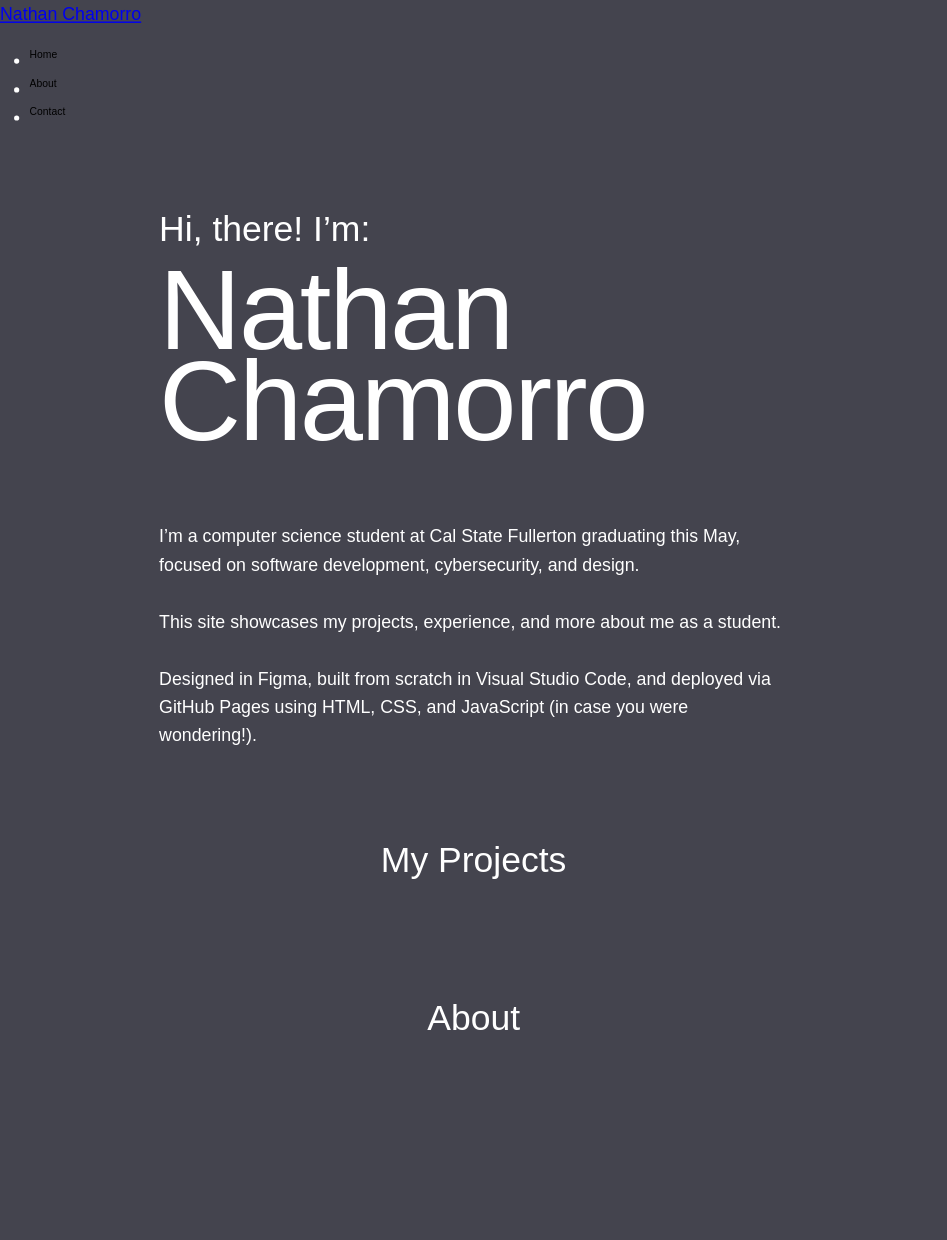
Repository: nathanchamorro1/nathanchamorro1.github.io
Page: index.html
The author's editor kept a copy of each file at every save. The page is drawn from the files as they stood at one save, then again after the next save.
The browser window is 1280 px wide. The pictures show the whole page, at 74% of full size.
Some web fonts or font styles are not loaded; a fallback is used.

Above is the page before, as saved 2026-02-17 19:32:34.

### index.html
<!DOCTYPE html>
<html lang="en">

<head>
<meta charset="UTF-8">
<meta name="viewport" content = "width=device-width,initial-scale=1">
<title>Nathan Chamorro's Portfolio</title>
<link rel = "icon" type = "image/x-icon" href = "/assets/snoopy-favicon.ico">
<link rel="stylesheet" href="https://use.typekit.net/lhh1weh.css">
<link rel="stylesheet" href="css/style.css">
</head>
<body>

<div class="layout">
  <nav class="sidebar">
    <a href="#home" class="nav-logo">Nathan Chamorro</a>
    <ul>
      <li><a href="#home" class="nav-link">Home</a></li>
      <li><a href="#about" class="nav-link">About</a></li>
      <li><a href="#contact" class="nav-link">Contact</a></li>
      </ul>
      </nav>

  <main class="content">
    <div class="content-wrapper">
  <section class="hero">
    <h2 class="reveal">Hi, there! I’m:</h2>
    <h1 class="reveal">Nathan Chamorro</h1>
  </section>
      <p class="reveal">
        <br>I’m a computer science student at Cal State Fullerton graduating this May, focused on software development, cybersecurity, and design. <br>
        <br>This site showcases my projects, experience, and more about me as a student.<br>
        <br>Designed in Figma, built from scratch in Visual Studio Code, and deployed via GitHub Pages using HTML, CSS, and JavaScript (in case you were wondering!). <br>
      </p>
    </section>

        <section id="projects" class="content-wrapper">
      <h3 class="reveal">My Projects</h3>
    </section>

    <section id="about" class="content-wrapper">
      <h3 class="reveal">About</h3>
    </section>

    <section id="contact" class="content-wrapper">
      <h3 class="reveal">Contact</h3>
    </section>
  </main>
</div>
<script src = "js/script.js"></script>

### css/style.css
body {
  background-color: #44444E;
  color: white;
  margin: 0;
  font-family: museo-sans, sans-serif;
  font-weight: 300;
  font-style: normal;
  font-variation-settings: "slnt" 0, "wght" 400;
  line-height: 1.6;
  font-size: 1.5rem;
}

.content-wrapper {
  max-width: 850px;
  margin: 0 auto;
  padding: 0 40px;
  display: flex;
  flex-direction: column;
  gap: 40px;
  text-align: left;
}

.hero {
    min-height: auto;
    display: flex;
    align-items: flex-start;
    flex-direction: column;
    justify-content: flex-start;
    padding-top: 30px;
    padding-bottom: 0;
    text-align: left;
}

h1 {
    color: white;
    font-family: "instrument-serif", sans-serif;
    font-size: clamp(4.5rem, 12vw, 14rem);
    font-weight: 400;
    font-variation-settings: "wght" 400;
    line-height: 0.8;
    margin: 0;
    letter-spacing: -0.02em;
}

h2 {
    color: white;
    font-family: "instrument-serif", sans-serif;
    font-weight: 400;
    font-variation-settings: "wght" 400;
    font-size: 3rem;
    opacity: 0.8;
    margin-bottom: 10px;
}

h3 {
    color: white;
    font-family: "instrument-serif", sans-serif;
    font-weight: 400;
    font-variation-settings: "wght" 400;
    font-size: 3rem;
    opacity: 0.8;
}

.reveal {
    opacity: 0;
    transform: translateY(20px);
    transition: opacity 0.7s ease, transform 0.7s ease;
}

.reveal-visible {
    opacity: 1;
    transform: translateY(0);
}

.navbar {
    position: fixed;
    top: 0;
    width: 100%;
    background: white;
    box-shadow: 0 2px 10px rgba(0,0,0,0.05);
    z-index: 1000;
}

.nav-container {
    max-width: 1000px;
    margin: 0 auto;
    display: flex;
    justify-content: space-between;
    align-items: flex-start;
    padding: 15px 20px;
    position: fixed;
}

.nav-menu {
    list-style: none;
    display: flex;
    gap: 25px;
    margin: 0;
    padding: 0;
    position: fixed;
}

.nav-link {
    text-decoration: none;
    color: black;
    font-size: 14px;
    position: relative;
    position: fixed;
}

.nav-link:hover {
    opacity: 0.6;
}

### js/script.js
const reveals = document.querySelectorAll(".reveal");

function revealOnScroll() {
  const windowHeight = window.innerHeight;

  reveals.forEach(el => {
    const elementTop = el.getBoundingClientRect().top;

    if (elementTop < windowHeight - 200) {
      el.classList.add("reveal-visible");
    }
  });
}

window.addEventListener("scroll", revealOnScroll);
revealOnScroll();

After the next save:
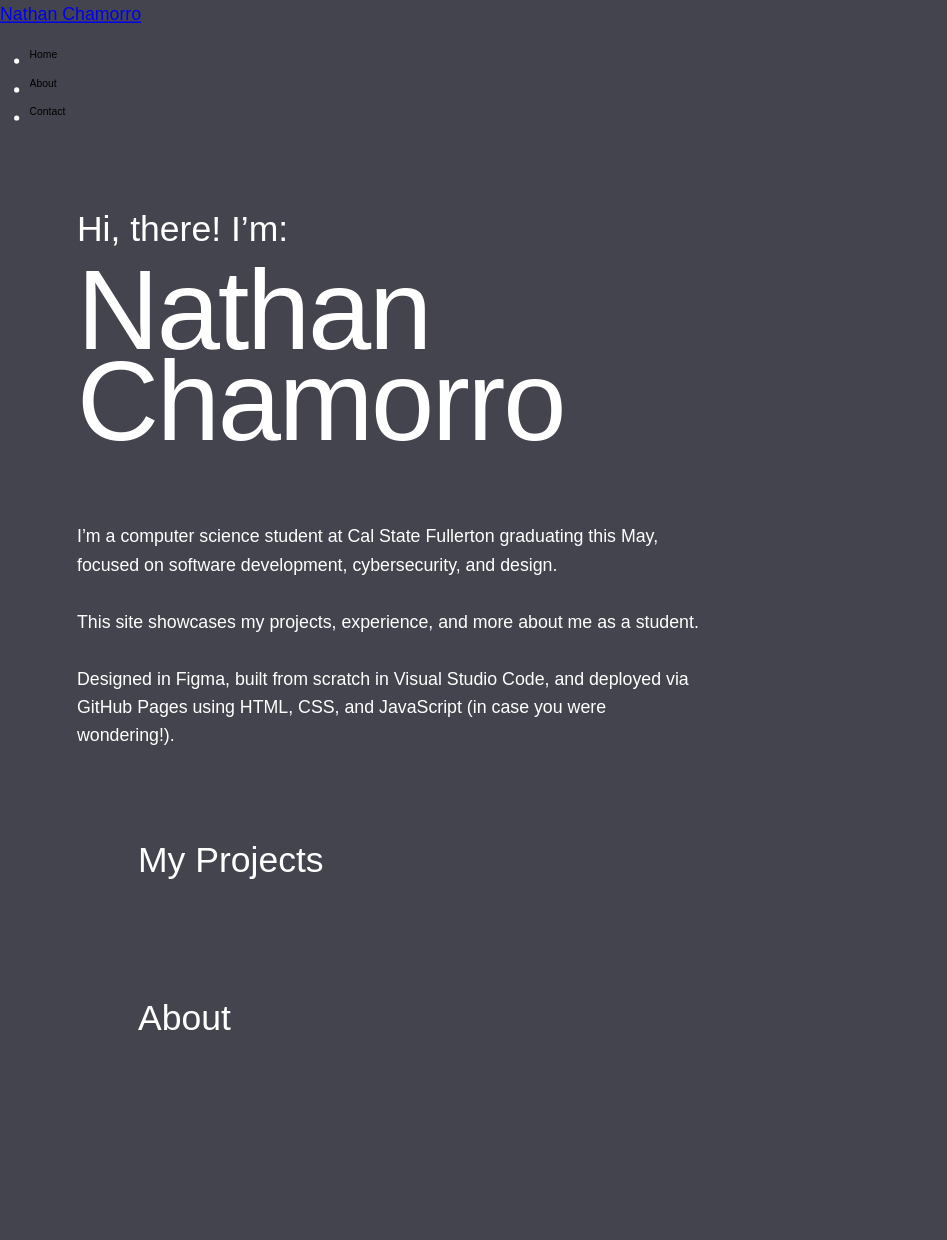
Saved 4 min 22 s later.
--- a/css/style.css
+++ b/css/style.css
@@ -12,7 +12,7 @@
 
 .content-wrapper {
   max-width: 850px;
-  margin: 0 auto;
+  margin-left: 5%;
   padding: 0 40px;
   display: flex;
   flex-direction: column;

After the save that followed:
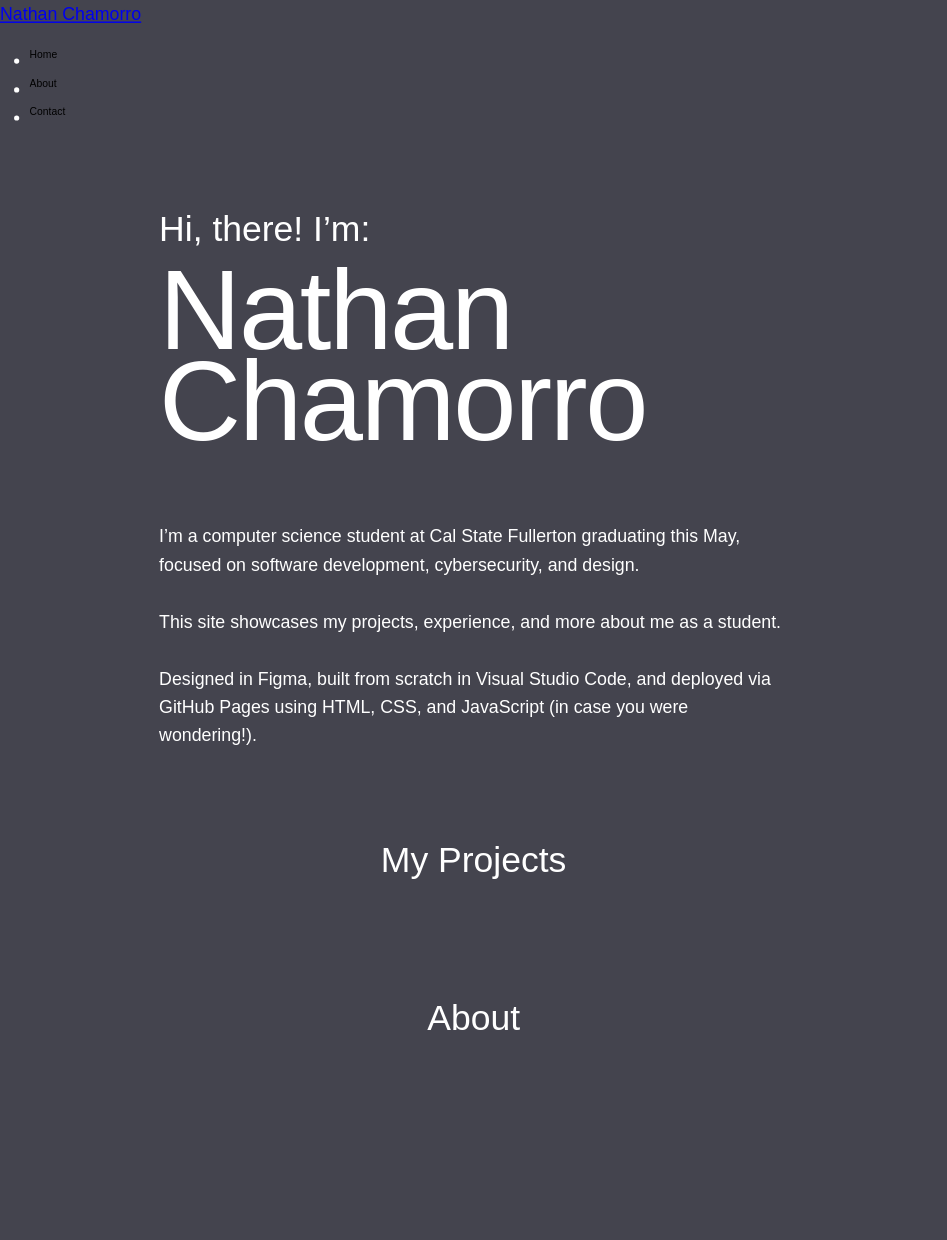
Saved 7 s later.
--- a/css/style.css
+++ b/css/style.css
@@ -12,7 +12,7 @@
 
 .content-wrapper {
   max-width: 850px;
-  margin-left: 5%;
+  margin: 0 auto;
   padding: 0 40px;
   display: flex;
   flex-direction: column;
